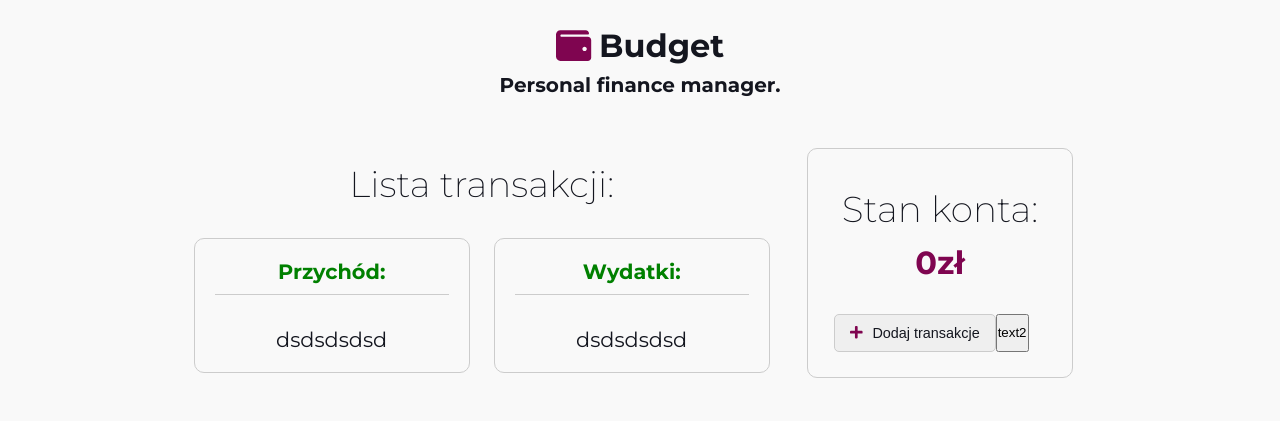
Repository: KrzysKolo/sr_tydzien4_zad4
Page: /
An editor plug-in stored every save of this project. The page is shown before and after the next save, followed by the edit.
The browser window is 1280 px wide. The pictures show the whole page.
Some web libraries are served in a nearby version. The project was rebuilt for these pictures with package versions that can differ from the ones it lists, and the page was loaded fresh each time.

Above is the page before, as saved 2020-11-29 18:55:16.

After the next save:
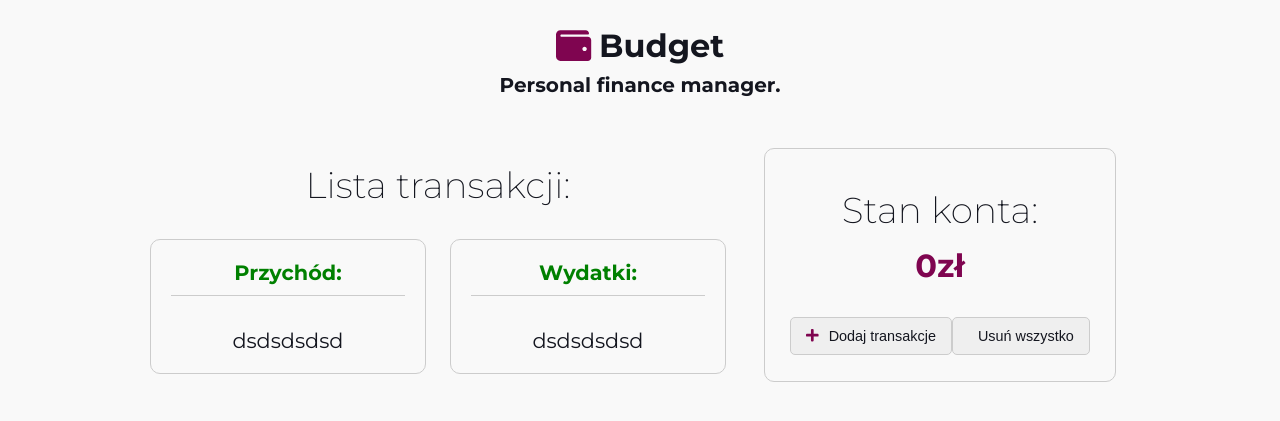
Saved 8 min 23 s later.
--- a/src/components/budgetComponents/SectionInfo.js
+++ b/src/components/budgetComponents/SectionInfo.js
@@ -4,7 +4,7 @@ import P from './sectionComponents/P';
 import Button from './../buttons/Button';
 import styled from 'styled-components';
 import { FontAwesomeIcon } from '@fortawesome/react-fontawesome';
-import { faEllipsisV, faHeart, faPlus,  faShareAlt, faAngleDown } from '@fortawesome/free-solid-svg-icons';
+import { faEllipsisV, faHeart, faPlus,  faTrashAll, faShareAlt, faAngleDown } from '@fortawesome/free-solid-svg-icons';
 const SectionWrapper = styled.section`
     border: 1px solid #ccc;
     border-radius: 10px;
@@ -24,7 +24,8 @@ const Section = ({ title }) => {
            <P />
            <ButtonWrapper>
                 <Button title={"Dodaj transakcje"} icons={faPlus} type="submit"/>
-                <button type="submit" >text2</button>
+                <Button title={"Usuń wszystko"} icons={faTrashAll} type="submit"/>
+
            </ButtonWrapper>
         </SectionWrapper>
     )
